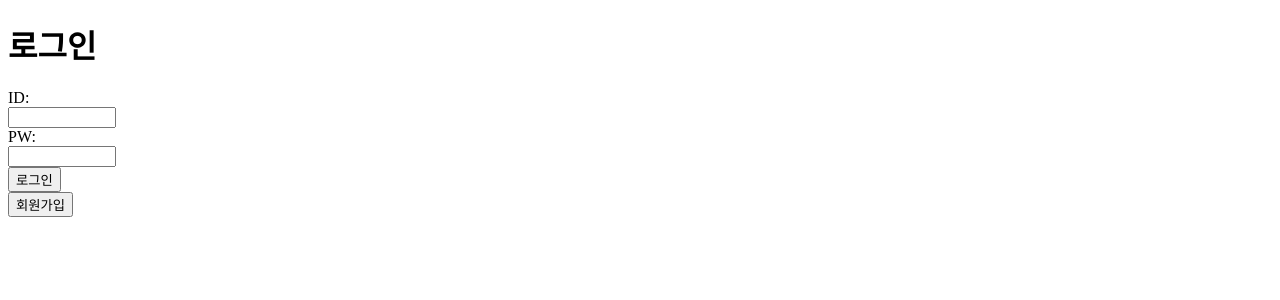
Repository: euniiee/test11
Page: http://localhost/Project/Login.jsp
The author's editor kept a copy of each file at every save. The page is drawn from the files as they stood at one save, then again after the next save.
The browser window is 1280 px wide. The pictures show the whole page.
The page is served by Tomcat 9.

Above is the page before, as saved 2023-02-01 01:10:53.

After the next save:
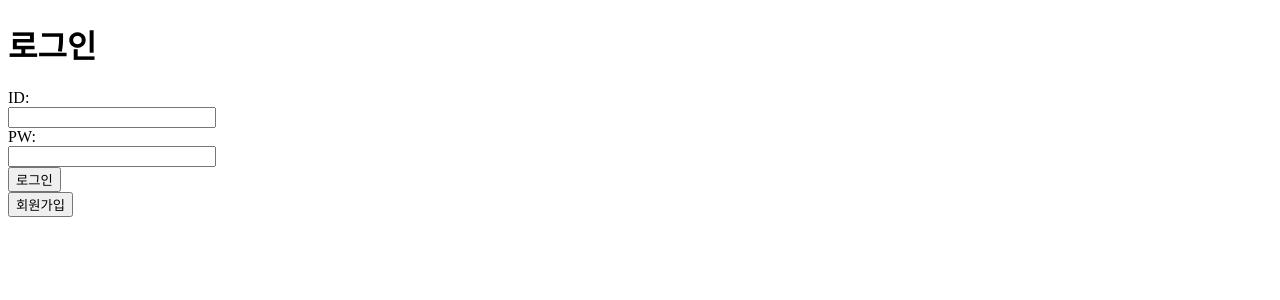
Saved 12 s later.
--- a/Project/WebContent/Login.jsp
+++ b/Project/WebContent/Login.jsp
@@ -11,7 +11,7 @@
 </style>
 </head>
 <body>
-	<form style="width:100px">
+	<form style="width:200px">
 		<h1>로그인</h1>
 		ID: <input type="text" class="id" name="id" style="width:100%" required><br/>
 		PW: <input type="password" class="pw" name="pw" style="width:100%" required><br/>
